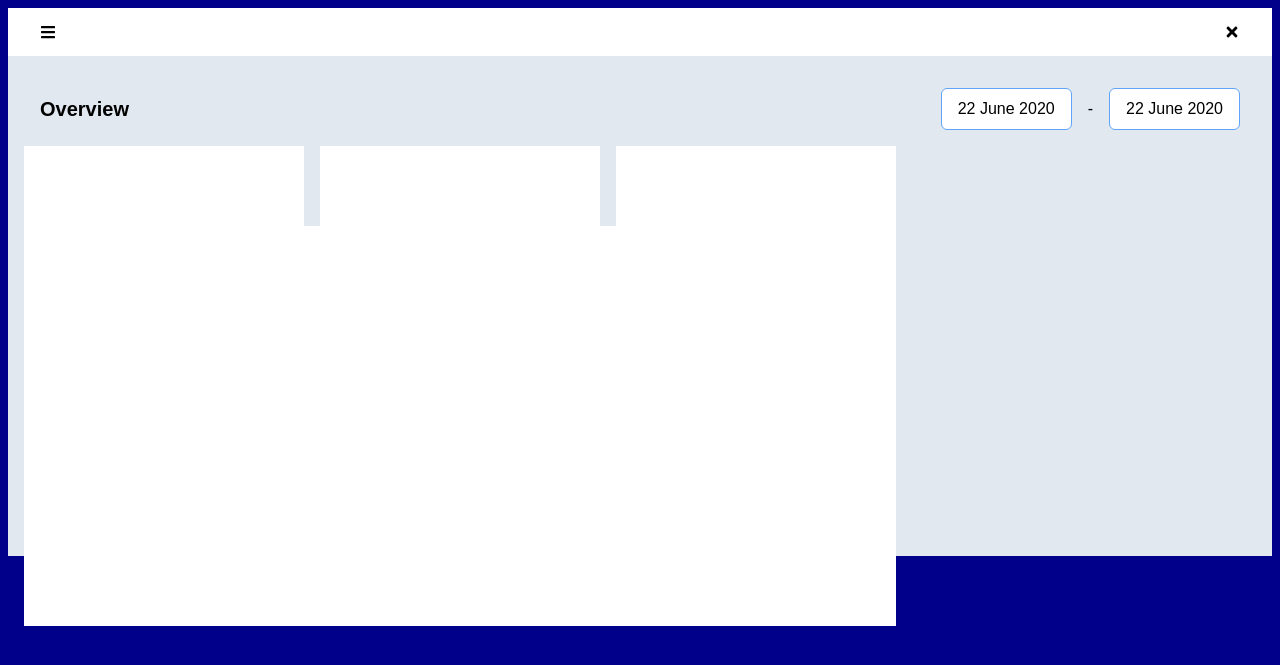
Repository: AngusOnyebuchi/Dashboard
Page: /contact
The author's editor kept a copy of each file at every save. The page is drawn from the files as they stood at one save, then again after the next save.
The browser window is 1280 px wide. The pictures show the whole page.
The project was rebuilt for these pictures with package versions that can differ from the ones it lists, and the page was loaded fresh each time.

Above is the page before, as saved 2022-05-15 01:08:11.

After the next save:
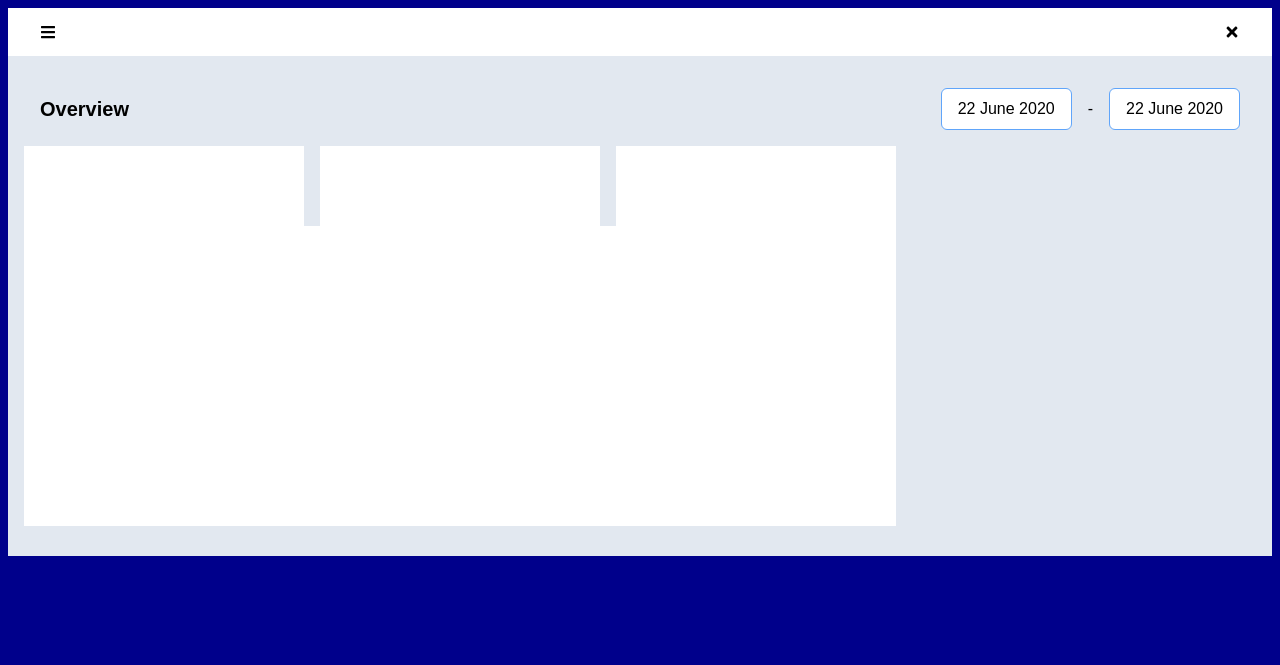
Saved 23 s later.
--- a/src/components/Home.js
+++ b/src/components/Home.js
@@ -36,7 +36,7 @@ export default function Home() {
             <div className='h-[80px] w-[280px] bg-white'></div>
           </div>
 
-          <div className='h-[400px] w-[872px] bg-white'></div>
+          <div className='h-[300px] w-[872px] bg-white'></div>
 
           </div>
 
